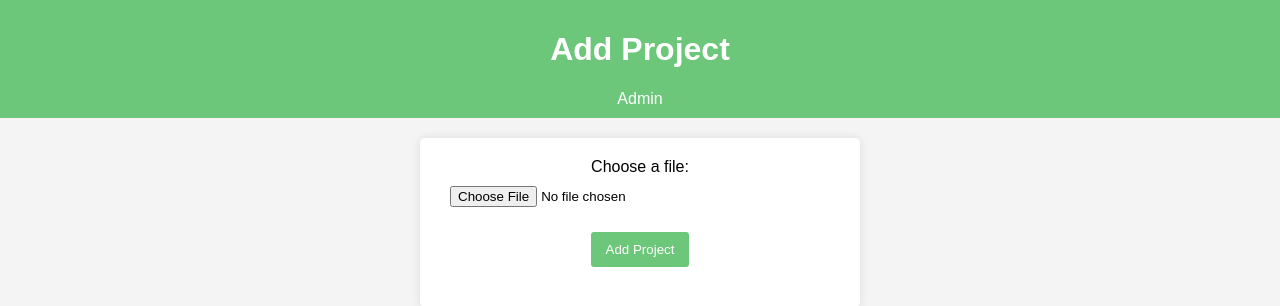
Repository: Tanmay-Kayande/Myportfolio
Page: http://localhost/myproject/project.jsp
These files come from the project's save history. The page is drawn as it stood at one moment and after the next save; the edit follows.
The browser window is 1280 px wide. The pictures show the whole page.
The page is served by Tomcat 9. The session is filled in as if someone had signed in: {"login": "exist"}.

Above is the page before, as saved 2024-01-24 11:24:52.

After the next save:
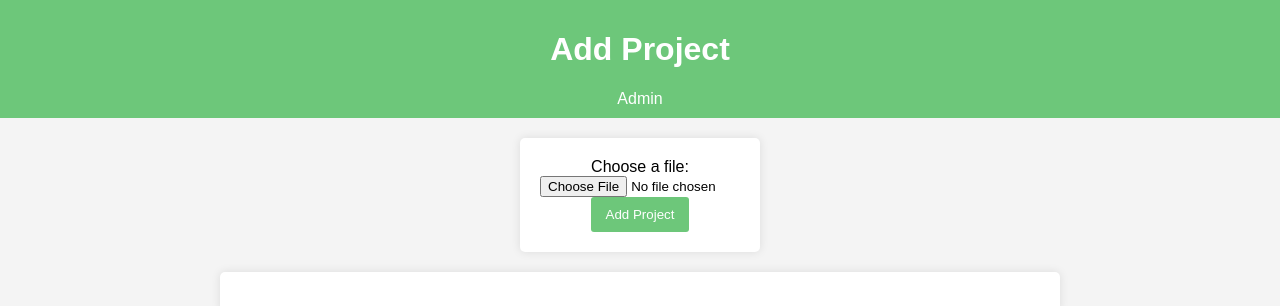
Saved 29 s later.
--- a/myproject/src/main/webapp/project.jsp
+++ b/myproject/src/main/webapp/project.jsp
@@ -1,6 +1,14 @@
 <%@page import="com.pojo.Projectpojo"%>
 <%@page import="java.util.ArrayList"%>
 <%@page import="com.dao.ProjectDao"%>
+<%
+String value = (String) session.getAttribute("login");
+if (value == null) {
+	response.sendRedirect("login.jsp");
+	return;
+}
+%>
+
 <%@ page language="java" contentType="text/html; charset=UTF-8" pageEncoding="UTF-8"%>
 <!DOCTYPE html>
 <html lang="en">
@@ -24,21 +32,48 @@
             padding: 10px;
         }
 
-        main {
-            max-width: 400px;
+        .add-project {
+            max-width: 200px;
             margin: 20px auto;
             background-color: #fff;
             padding: 20px;
             box-shadow: 0 0 10px rgba(0, 0, 0, 0.1);
             border-radius: 5px;
-            text-align: center; /* Center the content */
+            text-align: center;
         }
 
-        input {
-            width: 100%;
-            padding: 10px;
-            margin-bottom: 15px;
-            box-sizing: border-box;
+        .read-projects {
+            max-width: 800px;
+            margin: 20px auto;
+            background-color: #fff;
+            padding: 20px;
+            box-shadow: 0 0 10px rgba(0, 0, 0, 0.1);
+            border-radius: 5px;
+            text-align: center;
+        }
+
+        .project-list {
+            display: flex;
+            flex-wrap: wrap;
+            justify-content: space-around;
+        }
+
+        .project-item {
+            width: 48%; /* Adjust the width as needed */
+            margin-bottom: 20px;
+        }
+
+        .project-item img {
+            max-width: 100%;
+            height: auto;
+            border-radius: 5px;
+            box-shadow: 0 0 5px rgba(0, 0, 0, 0.1);
+        }
+
+        .project-item form {
+            display: flex;
+            justify-content: space-between;
+            margin-top: 10px;
         }
 
         button {
@@ -50,48 +85,10 @@
             cursor: pointer;
         }
 
-        #project-list {
+        #message-container {
             margin-top: 20px;
         }
-
-        @media screen and (max-width: 600px) {
-            main {
-                max-width: 100%;
-            }
-        }
     </style>
-    <script src="https://code.jquery.com/jquery-3.6.4.min.js"></script>
-    <script>
-        function deleteProject(projectId) {
-            $.ajax({
-                url: 'DeleteProjectServlet',
-                type: 'POST',
-                data: { projectId: projectId },
-                success: function(response) {
-                    alert(response);
-                    location.reload();
-                },
-                error: function(error) {
-                    console.error('Error deleting project:', error);
-                }
-            });
-        }
-
-        function updateProject(projectId) {
-            $.ajax({
-                url: 'UpdateProjectServlet',
-                type: 'POST',
-                data: { projectId: projectId },
-                success: function(response) {
-                    alert(response);
-                    location.reload();
-                },
-                error: function(error) {
-                    console.error('Error updating project:', error);
-                }
-            });
-        }
-    </script>
 </head>
 <body>
     <header>
@@ -99,31 +96,34 @@
         <a href="admin.jsp" style="color: #fff; text-decoration: none;">Admin</a>
     </header>
 
-    <main>
+    <!-- Add Project Section -->
+    <div class="add-project">
         <form action="Project" method="post" enctype="multipart/form-data">
             <label for="myfile">Choose a file:</label>
             <input type="file" id="myfile" name="myfile"><br>
             <button type="submit">Add Project</button>
         </form>
+    </div>
 
-        <div id="project-list">
+    <!-- Read Project Section -->
+    <div class="read-projects">
+        <div class="project-list">
             <%
                 ArrayList<Object> al = new ProjectDao().read();
                 for(Object o:al){
                     Projectpojo p = (Projectpojo)o;
             %>
                 <div class="project-item">
-                    <img src="images/myprojects/<%=p.getFilename()%>" class="img-fluid" alt="project image"
-                        style="max-width: 300px; max-height: 150px; margin: auto; display: block;"><br>
-                    <button onclick="updateProject('<%= p.getFilename() %>')">Update</button>
-                    <button onclick="deleteProject('<%= p.getFilename() %>')">Delete</button>
-                    <br><br>
+                    <img src="images/myprojects/<%=p.getFilename()%>" class="img-fluid" alt="project image">
+                    <form action="Project" method="post">
+                        <button>Update</button> <button>Delete</button>
+                    </form>
                 </div>
             <%
                 }
             %>
         </div>
-    </main>
+    </div>
 
     <div id="message-container">
         <%@include file="message.jsp" %>
